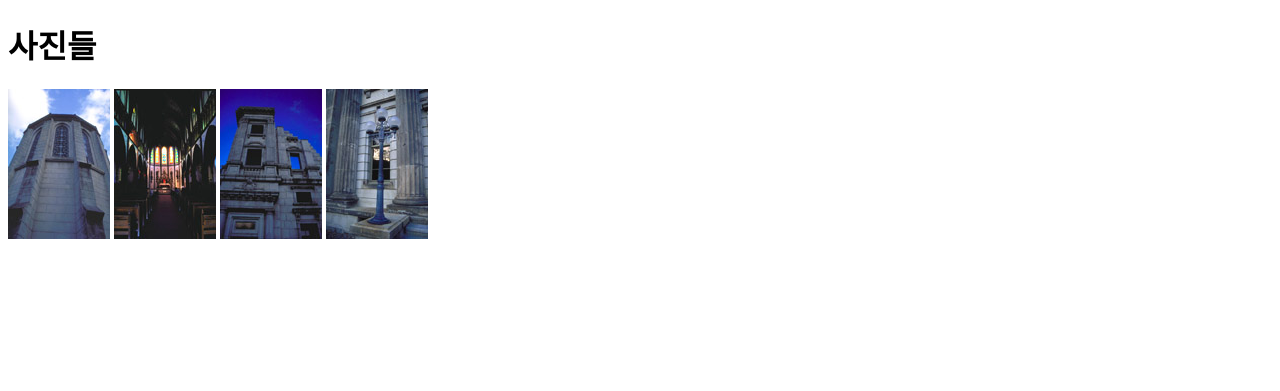
Repository: suhong99/JqueryLecture
Page: JqueryPractice/src/main/webapp/question2.html
The author's editor kept a copy of each file at every save. The page is drawn from the files as they stood at one save, then again after the next save.
The browser window is 1280 px wide. The pictures show the whole page.

Above is the page before, as saved 2023-06-26 05:38:44.

After the next save:
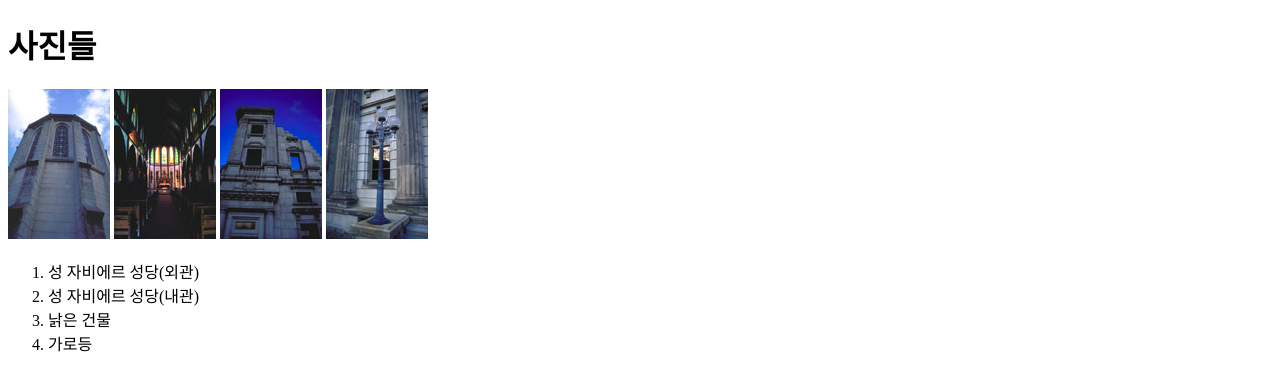
Saved 108 s later.
--- a/JqueryPractice/src/main/webapp/question2.html
+++ b/JqueryPractice/src/main/webapp/question2.html
@@ -12,23 +12,19 @@
 <img src="./images/img02.jpg" class="pictures" >
 <img src="./images/img03.jpg" class="pictures" >
 <img src="./images/img04.jpg" class="pictures" >
+<ol>
+	<li>성 자비에르 성당(외관)</li>
+	<li>성 자비에르 성당(내관)</li>
+	<li>낡은 건물</li>
+	<li>가로등</li>
+
+</ol>
 <script type="text/javascript">
 $(document).ready(function(){
-	$(".clickImg").click(function(){
+	$(".pictures").click(function(){
 		$(this).css("border","4px solid red");
 	});
 
-	$("#bigPic2").hover(function(){
-	    let currentSrc = $(this).attr("src");
-	    let newSrc = "";
-
-	    if (currentSrc === "./images/b_pic1.jpg") {
-	        newSrc = "./images/b_pic2.jpg";
-	    } else if (currentSrc === "./images/b_pic2.jpg") {
-	        newSrc = "./images/b_pic1.jpg";
-	    }
-	    $(this).attr("src", newSrc);
-	});
 
 });
 </script>
